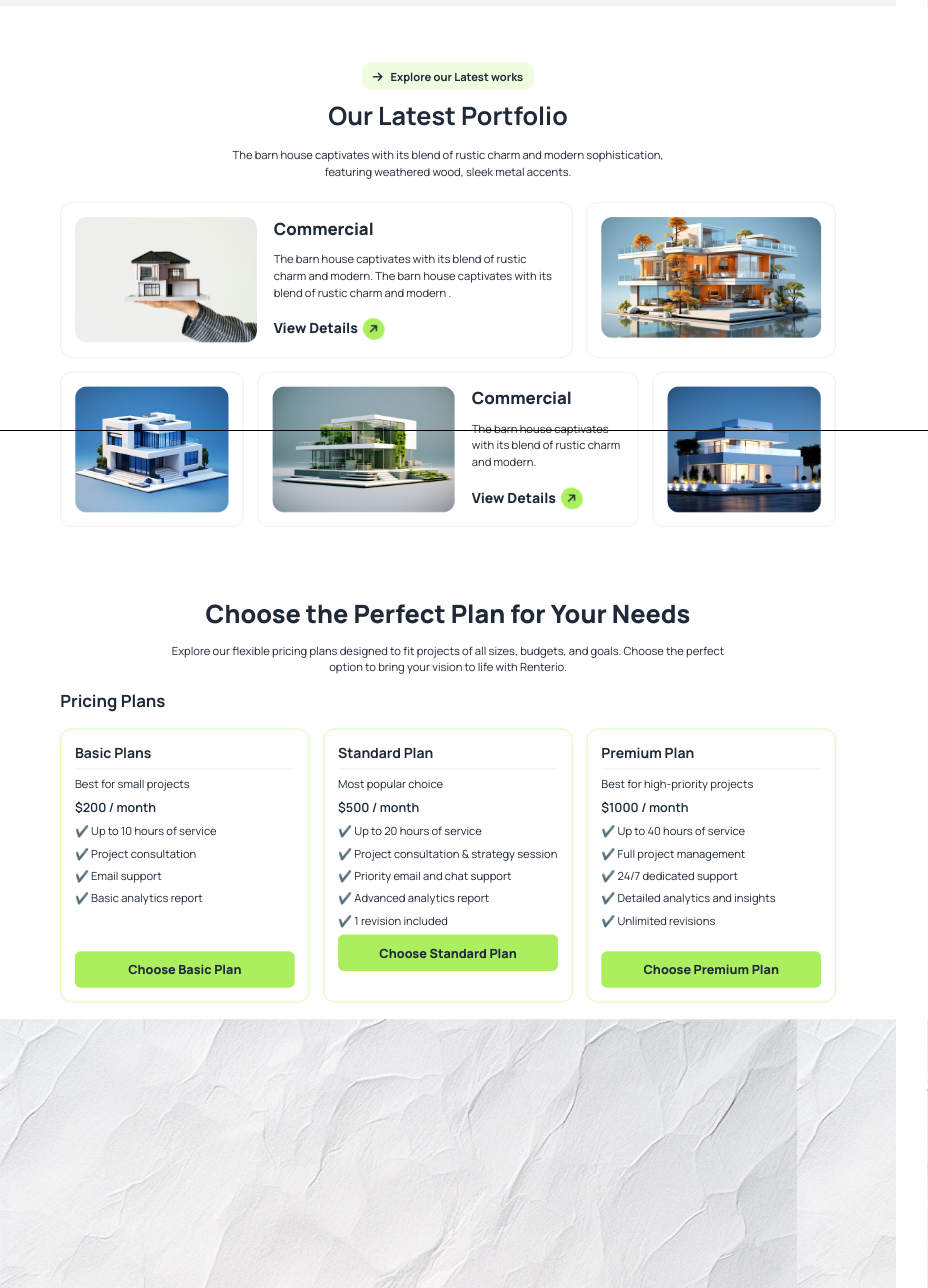
Repository: Tanvir4312/assignment-03
Page: index.html
These files come from the project's save history. The page is drawn as it stood at one moment and after the next save; the edit follows.
The browser window is 1280 px wide. The page is 1325 px wide, so the pictures cover 1325 px, including what lies to the right of the window. The pictures show the part of the page from y = 2290 to 4130 px (the page is 4130 px tall), at 70% of full size.
Some web libraries are served in a nearby version.

Above is the page before, as saved 2024-10-30 20:45:44.

After the next save:
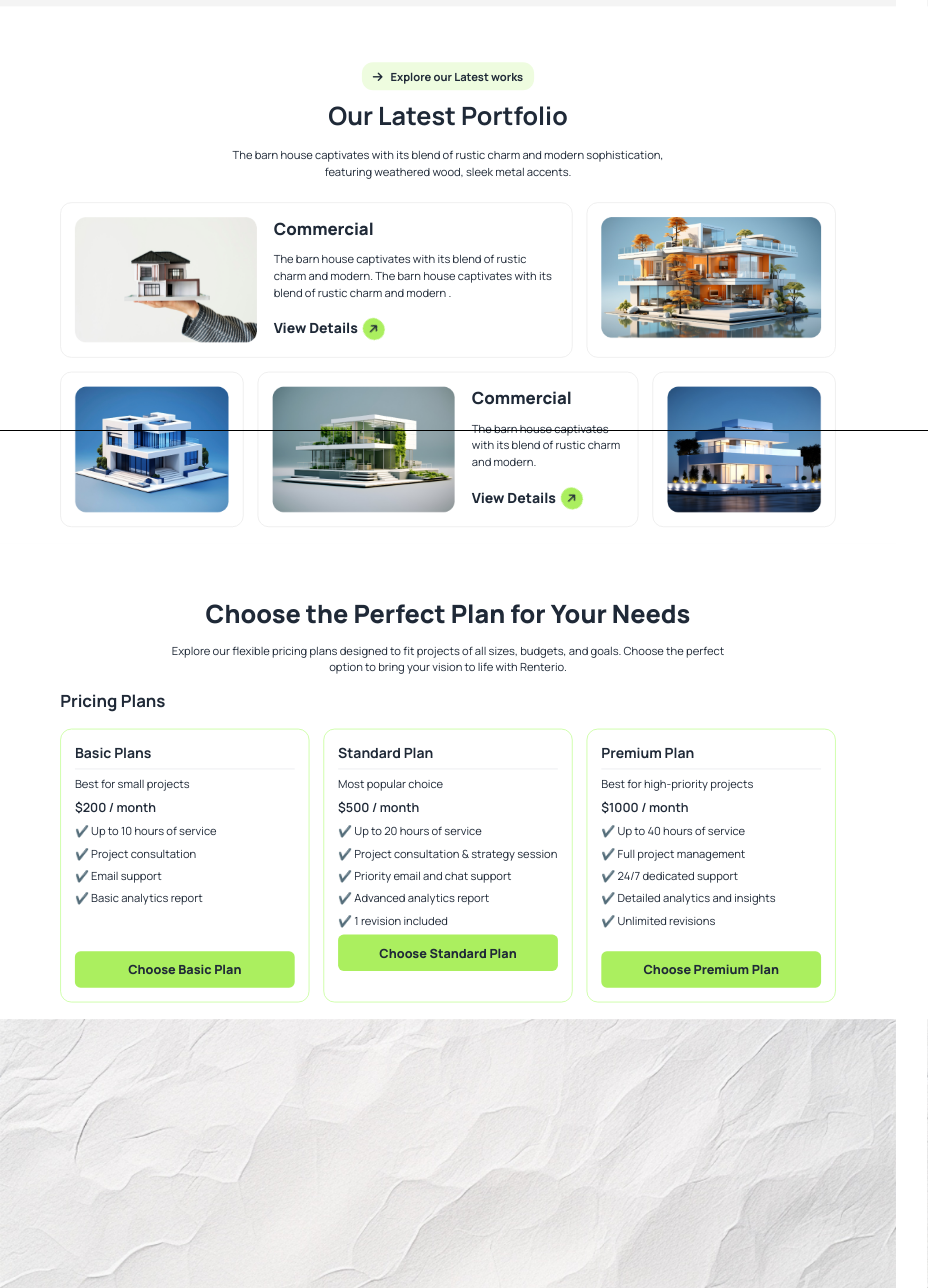
Saved 43 s later.
--- a/styles/styles.css
+++ b/styles/styles.css
@@ -9,4 +9,7 @@
 /* Next Project Section */
 .next-project{
   background-image: url('/assets/bg.jpg');
+  background-repeat: no-repeat;
+  background-position: center;
+  background-size: cover;
 }
